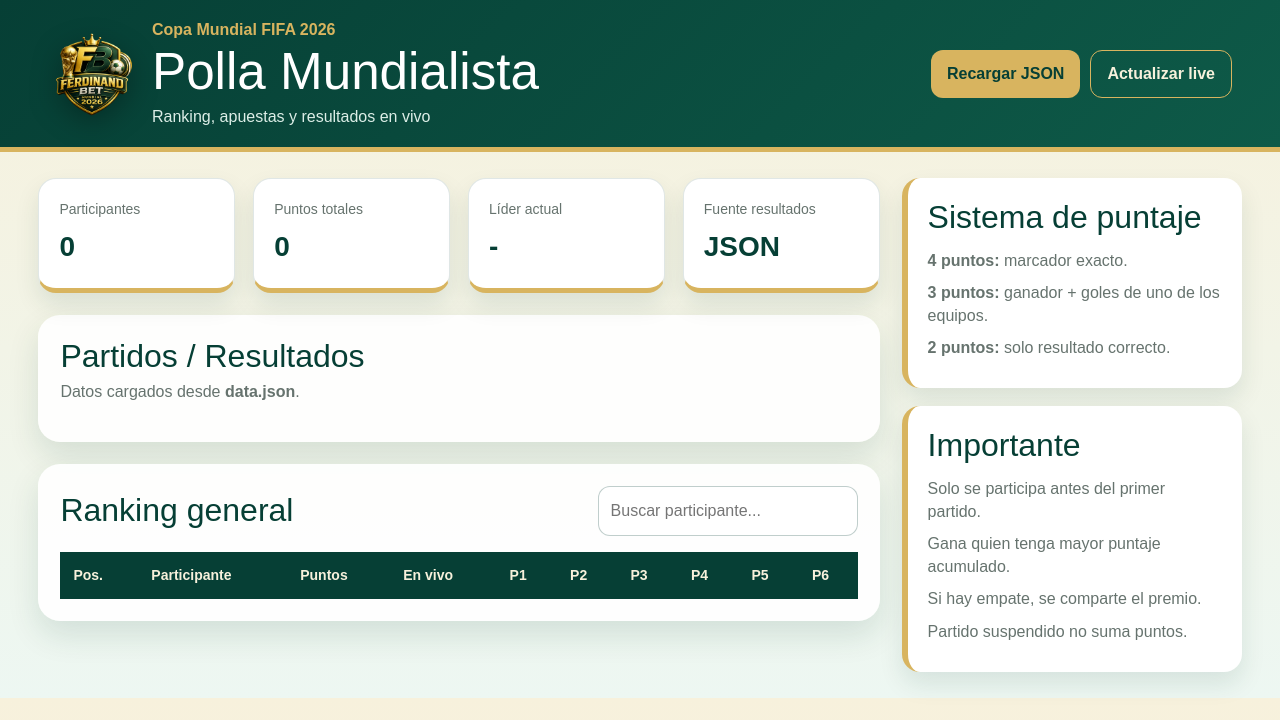
Repository: DiegoSot0/ferdinand-bet
Page: index.html
An editor plug-in stored every save of this project. The page is shown before and after the next save, followed by the edit.
The browser window is 1280 px wide. The pictures show the whole page.
The page's requests for data from a server got no answer.

Above is the page before, as saved 2026-06-11 21:34:52.

### index.html
<!DOCTYPE html>
<html lang="es">

<head>
  <meta charset="UTF-8" />
  <meta name="viewport" content="width=device-width, initial-scale=1.0" />
  <title>Ferdinand Bet | Polla Mundialista</title>
  <link href="https://cdn.jsdelivr.net/npm/bootstrap@5.3.8/dist/css/bootstrap.min.css" rel="stylesheet">
  <link rel="stylesheet" href="style.css" />

</head>

<body>
  <header class="topbar">
    <div class="brand">
      <img src="assets/logo-ferdinand-bet.png" alt="Ferdinand Bet" />
      <div>
        <span>Copa Mundial FIFA 2026</span>
        <h1>Polla Mundialista</h1>
        <p>Ranking, apuestas y resultados en vivo</p>
      </div>
    </div>

    <div class="actions">
      <button onclick="recargarJSON()">Recargar JSON</button>
      <button class="outline" onclick="cargarLive()">Actualizar live</button>
    </div>
  </header>

  <main class="layout">
    <section class="content">
      <section class="kpis">
        <article><span>Participantes</span><strong id="kpiParticipantes">0</strong></article>
        <article><span>Puntos totales</span><strong id="kpiPuntos">0</strong></article>
        <article><span>Líder actual</span><strong id="kpiLider">-</strong></article>
        <article><span>Fuente resultados</span><strong id="kpiFuente">JSON</strong></article>
      </section>

      <section class="panel">
        <div class="panel-title">
          <div>
            <h2>Partidos / Resultados</h2>
            <p id="estadoLive">Datos cargados desde <b>data.json</b>.</p>
          </div>
        </div>
        <div id="partidosGrid" class="matches"></div>
      </section>

      <section class="panel">
        <div class="panel-title">
          <h2>Ranking general</h2>
          <input id="buscar" type="search" placeholder="Buscar participante..." oninput="renderParticipantes()" />
        </div>

        <div class="table-wrap">
          <table>
            <thead>
              <tr>
                <th>Pos.</th>
                <th>Participante</th>
                <th>Puntos</th>
                <th>En vivo</th>
                <th>P1</th>
                <th>P2</th>
                <th>P3</th>
                <th>P4</th>
                <th>P5</th>
                <th>P6</th>
                <th>Detalle</th>
              </tr>
            </thead>
            <tbody id="tablaParticipantes"></tbody>
          </table>
        </div>
      </section>
    </section>

    <aside class="sidebar-rules">
      <div class="rule-card">
        <h2>Sistema de puntaje</h2>
        <p><b>4 puntos:</b> marcador exacto.</p>
        <p><b>3 puntos:</b> ganador + goles de uno de los equipos.</p>
        <p><b>2 puntos:</b> solo resultado correcto.</p>
      </div>

      <div class="rule-card">
        <h2>Importante</h2>
        <p>Solo se participa antes del primer partido.</p>
        <p>Gana quien tenga mayor puntaje acumulado.</p>
        <p>Si hay empate, se comparte el premio.</p>
        <p>Partido suspendido no suma puntos.</p>
      </div>
    </aside>
  </main>

  <div class="modal" id="modalDetalle">
    <div class="modal-content">
      <div class="modal-header">
        <h2 id="modalTitulo">Detalle</h2>
        <button class="btn-close" onclick="cerrarModal('modalDetalle')">×</button>
      </div>

      <div class="detalle-resumen" id="detalleResumen"></div>

      <div class="table-wrap">
        <table>
          <thead>
            <tr>
              <th>N°</th>
              <th>Fecha</th>
              <th>Hora</th>
              <th>Partido</th>
              <th>Apuesta</th>
              <th>Real</th>
              <th>Estado</th>
              <th>Puntos</th>
            </tr>
          </thead>
          <tbody id="tablaApuestas"></tbody>
        </table>
      </div>
    </div>
  </div>

  <script src="config.js"></script>
  <script src="app.js"></script>
</body>

</html>

### style.css
:root {
  --verde-oscuro: #063f35;
  --verde: #0e5a48;
  --verde-claro: #dceee7;
  --dorado: #d8b45f;
  --crema: #f7f1dc;
  --blanco: #ffffff;
  --gris: #66736e;
  --rojo: #cf4545;
  --azul: #1f5d8f;
  --amarillo: #fff1bd;
}

* {
  box-sizing: border-box;
}

body {
  margin: 0;
  font-family: Arial, Helvetica, sans-serif;
  background: linear-gradient(180deg, var(--crema), #edf7f2);
  color: var(--verde-oscuro);
}

.topbar {
  background: linear-gradient(135deg, var(--verde-oscuro), var(--verde));
  color: white;
  border-bottom: 5px solid var(--dorado);
  padding: 18px min(5vw, 48px);
  display: flex;
  justify-content: space-between;
  align-items: center;
  gap: 18px;
}

.brand {
  display: flex;
  align-items: center;
  gap: 16px;
}

.brand img {
  width: 88px;
  height: 88px;
  object-fit: contain;
  filter: drop-shadow(0 8px 14px rgba(0, 0, 0, .3));
}

.brand span {
  color: var(--dorado);
  font-weight: bold;
}

.brand h1 {
  margin: 4px 0 0;
  font-size: clamp(28px, 4vw, 52px);
  line-height: 1;
}

.brand p {
  margin: 8px 0 0;
  color: #dceee7;
}

.actions {
  display: flex;
  gap: 10px;
  flex-wrap: wrap;
}

button {
  border: none;
  border-radius: 12px;
  padding: 11px 16px;
  background: var(--dorado);
  color: var(--verde-oscuro);
  font-weight: 800;
  cursor: pointer;
}

button:hover {
  filter: brightness(.95);
}

button.outline {
  background: transparent;
  color: var(--crema);
  border: 1px solid var(--dorado);
}

.layout {
  width: min(1480px, 94%);
  margin: 26px auto;
  display: grid;
  grid-template-columns: minmax(0, 1fr) 340px;
  gap: 22px;
  align-items: start;
}

.content {
  min-width: 0;
}

.sidebar-rules {
  position: sticky;
  top: 20px;
  display: grid;
  gap: 18px;
}

.rule-card {
  background: white;
  border-left: 6px solid var(--dorado);
  border-radius: 18px;
  padding: 20px;
  box-shadow: 0 12px 25px rgba(6, 63, 53, .10);
}

.rule-card h2 {
  margin: 0 0 12px;
  color: var(--verde-oscuro);
}

.rule-card p {
  margin: 9px 0;
  color: var(--gris);
  line-height: 1.45;
}

.kpis {
  display: grid;
  grid-template-columns: repeat(4, 1fr);
  gap: 18px;
  margin-bottom: 22px;
}

.kpis article {
  background: white;
  border: 1px solid rgba(6, 63, 53, .12);
  border-bottom: 5px solid var(--dorado);
  border-radius: 18px;
  padding: 20px;
  box-shadow: 0 12px 25px rgba(6, 63, 53, .10);
}

.kpis span {
  display: block;
  color: var(--gris);
  font-size: 14px;
}

.kpis strong {
  display: block;
  font-size: 28px;
  margin-top: 6px;
}

.panel {
  background: rgba(255, 255, 255, .92);
  border-radius: 22px;
  padding: 22px;
  box-shadow: 0 14px 32px rgba(6, 63, 53, .12);
  margin-bottom: 22px;
}

.panel-title {
  display: flex;
  justify-content: space-between;
  gap: 14px;
  align-items: center;
  margin-bottom: 16px;
}

.panel-title h2 {
  margin: 0;
}

.panel-title p {
  margin: 4px 0 0;
  color: var(--gris);
}

input {
  border: 1px solid rgba(6, 63, 53, .25);
  border-radius: 12px;
  padding: 12px;
  outline: none;
  width: 260px;
}

.matches {
  display: grid;
  grid-template-columns: repeat(auto-fit, minmax(290px, 1fr));
  gap: 16px;
}

.match-card {
  border: 1px solid rgba(6, 63, 53, .13);
  border-radius: 18px;
  overflow: hidden;
  background: linear-gradient(180deg, white, #f4fbf7);
}

.match-head {
  background: var(--verde-oscuro);
  color: var(--crema);
  padding: 12px 14px;
  display: flex;
  justify-content: space-between;
  font-weight: bold;
  font-size: 13px;
}

.match-body {
  padding: 16px;
}

.score-line {
  display: grid;
  grid-template-columns: 1fr 90px 1fr;
  align-items: center;
  gap: 12px;
}

.team {
  font-weight: 800;
  line-height: 1.2;
  overflow-wrap: normal;
  word-break: normal;
  hyphens: none;
}

.score-line .team:first-child {
  text-align: left;
}

.score-line .team:last-child {
  text-align: right;
}

.score-result,
.score-pending {
  width: 90px;
  height: 68px;
  display: flex;
  align-items: center;
  justify-content: center;
  gap: 8px;

  border: 1px solid var(--dorado);
  border-radius: 14px;
  background: var(--verde-claro);

  font-weight: 900;
  color: var(--verde-oscuro);
}

.score-result {
  font-size: 30px;
}

.score-result .dash {
  font-size: 20px;
}

.score-pending {
  font-size: 24px;
}

.mini-point {
  min-width: 34px;
  height: 30px;
  padding: 0 8px;
  border-radius: 999px;
  display: inline-flex;
  align-items: center;
  justify-content: center;
  font-weight: 900;
}

.mini-live {
  outline: 2px solid #cf4545;
  animation: pulseLiveBox 1s infinite;
}

.live-badge {
  background: #ffe1e1;
  color: #cf4545;
  padding: 6px 10px;
  border-radius: 999px;
  font-weight: 900;
  font-size: 12px;
}

.live-badge::before {
  content: "● ";
}

.quiet-badge {
  color: var(--gris);
}

@keyframes pulseLiveBox {
  0% {
    box-shadow: 0 0 0 0 rgba(207, 69, 69, .4);
  }

  70% {
    box-shadow: 0 0 0 8px rgba(207, 69, 69, 0);
  }

  100% {
    box-shadow: 0 0 0 0 rgba(207, 69, 69, 0);
  }
}

.status {
  margin-top: 14px;
  display: inline-flex;
  align-items: center;
  gap: 7px;
  padding: 6px 10px;
  border-radius: 999px;
  font-size: 13px;
  font-weight: 800;
}

.status-live {
  background: #ffe1e1;
  color: #cf4545;
}

.status-live::before {
  content: "";
  width: 8px;
  height: 8px;
  border-radius: 50%;
  background: #cf4545;
  animation: pulseLive 1s infinite;
}

.status-final {
  background: #dff7df;
  color: #116b28;
}

.status-pending {
  background: #fff1bd;
  color: #7a5b00;
}

@keyframes pulseLive {
  0% {
    transform: scale(1);
    opacity: 1;
  }

  50% {
    transform: scale(1.45);
    opacity: .45;
  }

  100% {
    transform: scale(1);
    opacity: 1;
  }
}

.table-wrap {
  overflow-x: auto;
}

table {
  width: 100%;
  border-collapse: collapse;
  min-width: 900px;
}

th {
  background: var(--verde-oscuro);
  color: var(--crema);
  text-align: left;
  padding: 13px;
  font-size: 14px;
}

td {
  border-bottom: 1px solid #dbe6e1;
  padding: 13px;
}

tbody tr:hover {
  background: #f2fbf7;
}

.pos {
  font-weight: 900;
  color: var(--dorado);
}

.puntos {
  font-size: 18px;
  font-weight: 900;
  color: var(--verde-oscuro);
}

.chip {
  display: inline-block;
  padding: 6px 10px;
  border-radius: 999px;
  font-size: 12px;
  font-weight: bold;
  white-space: nowrap;
}

.exacto {
  background: #dff7df;
  color: #116b28;
}

.parcial {
  background: var(--amarillo);
  color: #7a5b00;
}

.resultado {
  background: #dfefff;
  color: var(--azul);
}

.fallado {
  background: #ffe1e1;
  color: var(--rojo);
}

.pendiente {
  background: #edf1f0;
  color: var(--gris);
}

.modal {
  position: fixed;
  inset: 0;
  background: rgba(0, 0, 0, .55);
  display: none;
  align-items: center;
  justify-content: center;
  padding: 18px;
  z-index: 100;
}

.modal.show {
  display: flex;
}

.modal-content {
  width: min(1120px, 96vw);
  max-height: 88vh;
  overflow: auto;
  background: white;
  border-radius: 22px;
  padding: 22px;
  box-shadow: 0 22px 50px rgba(0, 0, 0, .35);
}

.modal-header {
  display: flex;
  justify-content: space-between;
  align-items: center;
  gap: 12px;
  border-bottom: 1px solid #e5eee9;
  padding-bottom: 12px;
  margin-bottom: 16px;
}

.modal-header h2 {
  margin: 0;
}

.btn-close {
  background: #eef5f1;
  font-size: 24px;
  line-height: 1;
  padding: 6px 12px;
}

.detalle-resumen {
  display: grid;
  grid-template-columns: repeat(5, 1fr);
  gap: 12px;
  margin-bottom: 16px;
}

.detalle-resumen div {
  background: var(--verde-claro);
  border-radius: 14px;
  padding: 13px;
}

.detalle-resumen span {
  display: block;
  color: var(--gris);
  font-size: 12px;
}

.detalle-resumen strong {
  font-size: 22px;
}

@media (max-width: 1200px) {
  .layout {
    grid-template-columns: 1fr;
  }

  .sidebar-rules {
    position: static;
    order: -1;
    grid-template-columns: 1fr 1fr;
  }
}

@media (max-width: 860px) {

  .topbar,
  .panel-title {
    flex-direction: column;
    align-items: flex-start;
  }

  .kpis,
  .detalle-resumen,
  .sidebar-rules {
    grid-template-columns: 1fr;
  }

  input {
    width: 100%;
  }
}

@media (max-width: 520px) {
  .brand img {
    width: 70px;
    height: 70px;
  }

  .matches {
    grid-template-columns: 1fr;
  }

  .score-line {
    grid-template-columns: 1fr;
    justify-items: center;
  }

  .score-line .team:first-child,
  .score-line .team:last-child {
    text-align: center;
  }
}

### config.js
window.FERDINAND_CONFIG = {
    resultadosCsv: "https://docs.google.com/spreadsheets/d/e/2PACX-1vR3XrkP-FLMbq44wVEXmiD_3TBsFVjC0eH0GOnLcb_3nECSMy4c4ar5MfYr_q1tt46fX5-lFOrltp8i/pub?gid=1226084119&single=true&output=csv",
    participantesCsv: "https://docs.google.com/spreadsheets/d/e/2PACX-1vR3XrkP-FLMbq44wVEXmiD_3TBsFVjC0eH0GOnLcb_3nECSMy4c4ar5MfYr_q1tt46fX5-lFOrltp8i/pub?gid=1036869260&single=true&output=csv",
    apuestasCsv: "https://docs.google.com/spreadsheets/d/e/2PACX-1vR3XrkP-FLMbq44wVEXmiD_3TBsFVjC0eH0GOnLcb_3nECSMy4c4ar5MfYr_q1tt46fX5-lFOrltp8i/pub?gid=335455986&single=true&output=csv",
};

Loaded but not shown: app.js (307 lines, source omitted)

After the next save:
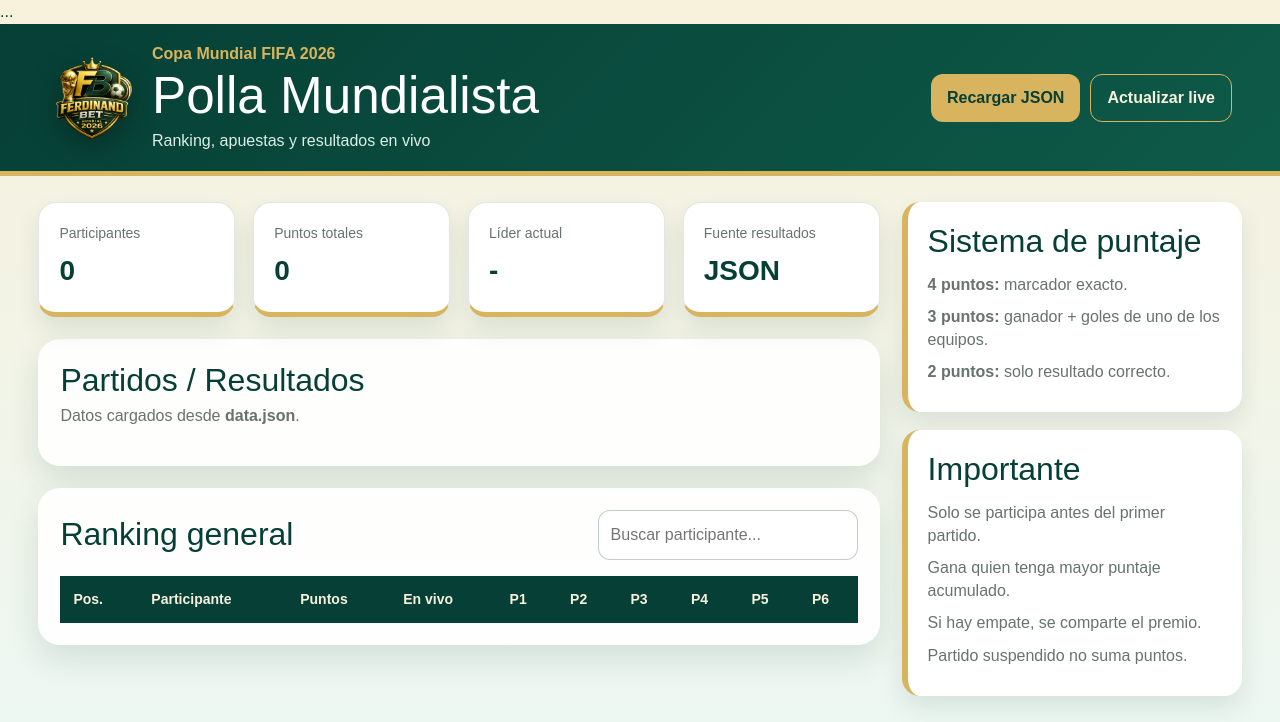
Console error: SyntaxError: Identifier 'participantes' has already been declared
Saved 10 s later.
--- a/index.html
+++ b/index.html
@@ -2,13 +2,26 @@
 <html lang="es">
 
 <head>
-  <meta charset="UTF-8" />
-  <meta name="viewport" content="width=device-width, initial-scale=1.0" />
+  <meta charset="UTF-8">
+  <meta name="viewport" content="width=device-width, initial-scale=1.0">
+
   <title>Ferdinand Bet | Polla Mundialista</title>
+
   <link href="https://cdn.jsdelivr.net/npm/bootstrap@5.3.8/dist/css/bootstrap.min.css" rel="stylesheet">
-  <link rel="stylesheet" href="style.css" />
 
+  <link rel="stylesheet" href="style.css">
 </head>
+
+<body>
+
+  ...
+
+  <script src="config.js"></script>
+  <script src="app.js"></script>
+
+  <script src="https://cdn.jsdelivr.net/npm/bootstrap@5.3.8/dist/js/bootstrap.bundle.min.js"></script>
+
+</body>
 
 <body>
   <header class="topbar">

After the save that followed:
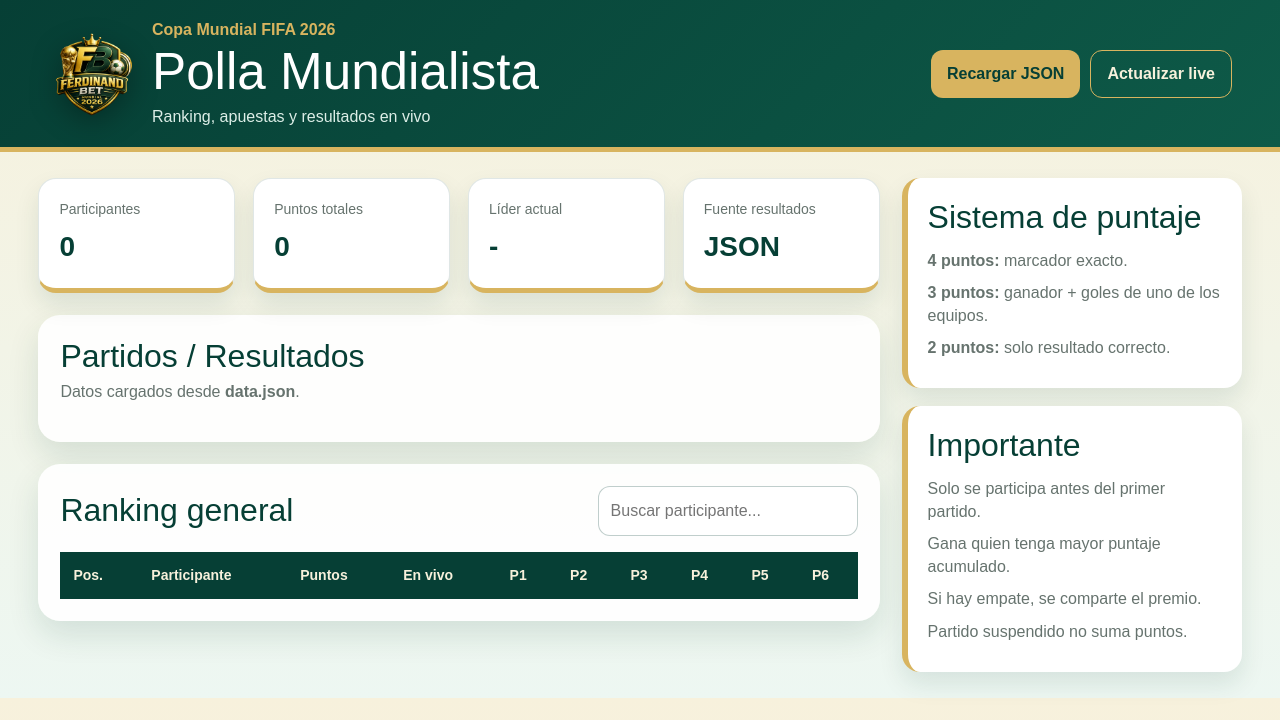
The error is gone.
Saved 12 s later.
--- a/index.html
+++ b/index.html
@@ -11,17 +11,6 @@
 
   <link rel="stylesheet" href="style.css">
 </head>
-
-<body>
-
-  ...
-
-  <script src="config.js"></script>
-  <script src="app.js"></script>
-
-  <script src="https://cdn.jsdelivr.net/npm/bootstrap@5.3.8/dist/js/bootstrap.bundle.min.js"></script>
-
-</body>
 
 <body>
   <header class="topbar">
